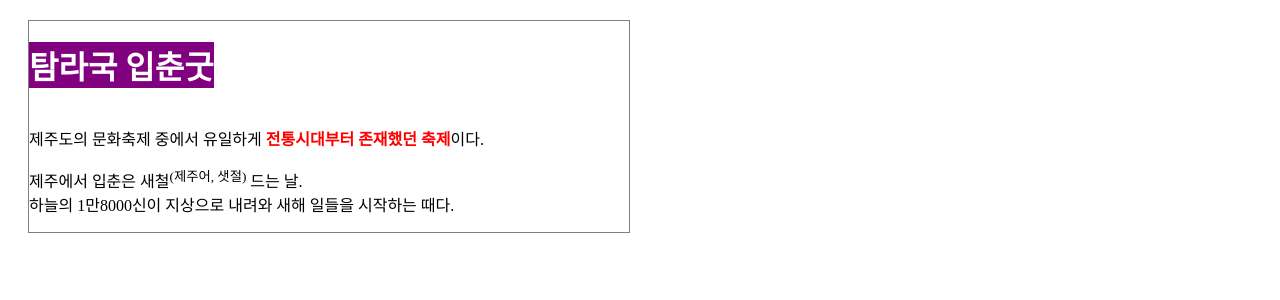
Repository: 753kg/753kg.github.io
Page: KOSTA/webProject/WebContent/doit/06/quiz-2.html
These files come from the project's save history. The page is drawn as it stood at one moment and after the next save; the edit follows.
The browser window is 1280 px wide. The pictures show the whole page.

Above is the page before, as saved 2021-03-31 01:46:49.

After the next save:
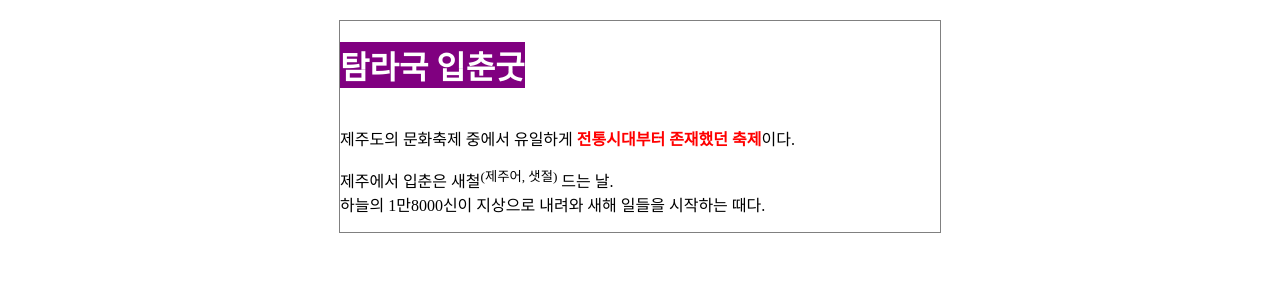
Saved 6 s later.
--- a/KOSTA/webProject/WebContent/doit/06/quiz-2.html
+++ b/KOSTA/webProject/WebContent/doit/06/quiz-2.html
@@ -9,7 +9,7 @@
     #container{
       border:1px solid gray;
       width: 600px;
-      margin: 20px;
+      margin: 20px auto;
     }
 
     h1{
